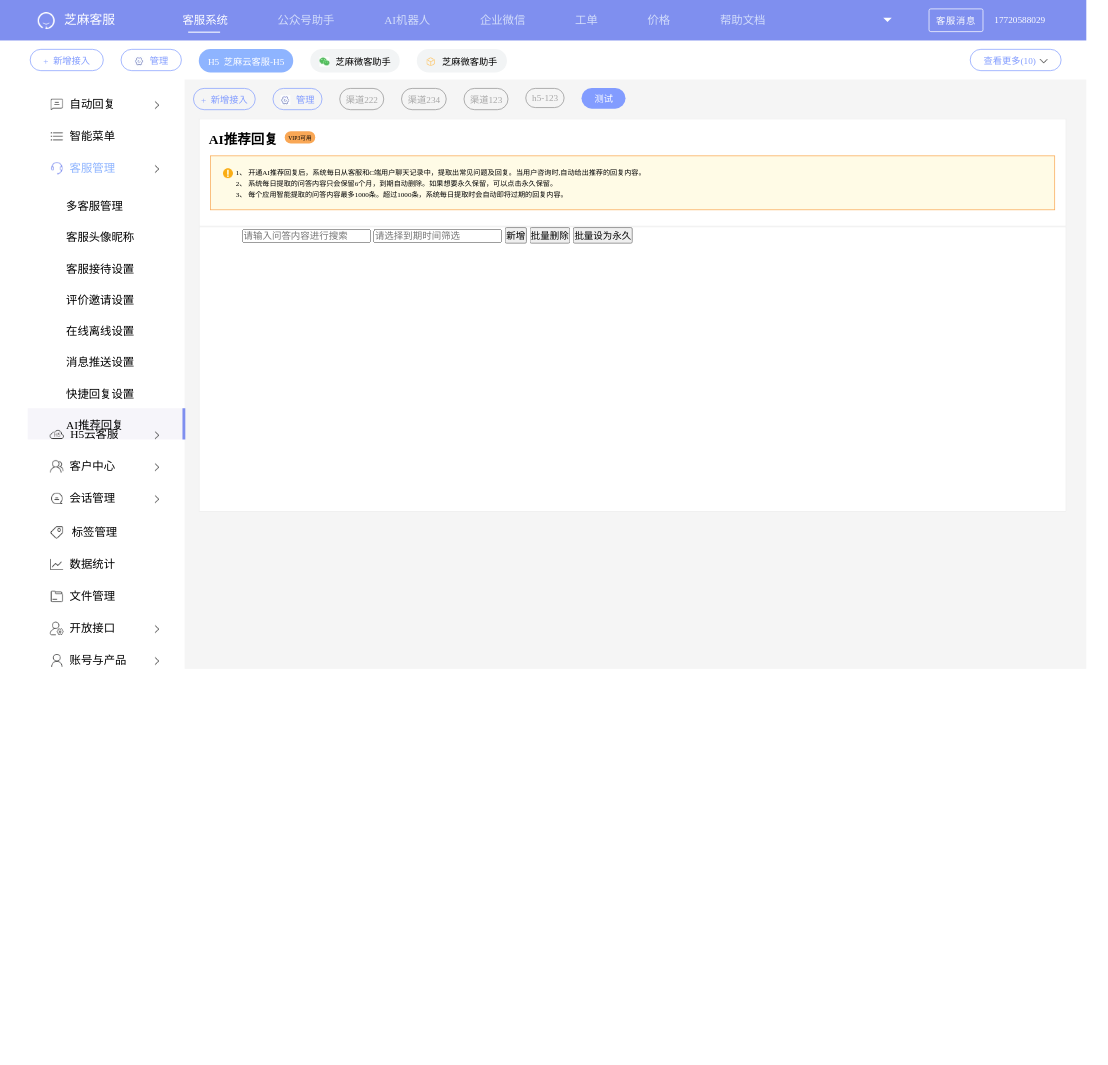
Repository: Privatexiao/projects
Page: Customer service assistant/Untitled-1.html
The author's editor kept a copy of each file at every save. The page is drawn from the files as they stood at one save, then again after a run of saves.
The browser window is 1280 px wide. The page is 1560 px wide, so the pictures cover 1560 px, including what lies to the right of the window. The pictures show the whole page, at 71% of full size.

Above is the page before, as saved 2021-07-27 16:37:04.

### Customer service assistant/Untitled-1.html
<!DOCTYPE html>
<html lang="en">
    <head>
        <meta charset="UTF-8">
        <meta name="viewport" content="width=device-width, initial-scale=1.0, maximum-scale=1.0, user-scalable=0">
        <meta http-equiv="X-UA-Compatible" content="ie=edge">
        <title>Document</title>
        <link rel="stylesheet" type="text/css" href="Untitled-2.css" />
    </head>

    <body>
        <div class="body">
            <div class="head">
                <div class="head_left">
                    <img src="img/客服系统.png">
                    <span><a href="javaScript:">芝麻客服</a></span>
                </div>
                <div class="head_center">
                    <ul>
                        <li class="active"><a href="javaScript:">客服系统</a><img src="img/下划线.png"></li>
                        <li><a href="javaScript:">公众号助手</a></li>
                        <li><a href="javaScript:">AI机器人</a></li>
                        <li><a href="javaScript:">企业微信</a></li>
                        <li><a href="javaScript:">工单</a></li>
                        <li><a href="javaScript:">价格</a></li>
                        <li><a href="javaScript:">帮助文档</a></li>
                    </ul>
                </div>
                <div class="head_right">
                    <span>17720588029<div class="head_right_sjx"></div></span>
                    <span><a href="javaScript:">客服消息</a></span>
                </div>
            </div>
            <div class="navbar">
                <ul>
                    <li class="navbar_img1"><a href="javaStript:">+&nbsp;&nbsp;新增接入</a></li>
                    <li class="navbar_img1"><a href="javaStript:"><img src="img/设置.PNG">管理</a></li>
                    <li class="navbar_img2"><a href="javaStript:">H5&nbsp;&nbsp;芝麻云客服-H5</a></li>
                    <li class="navbar_img3"><a href="javaStript:"><img src="img/微信.PNG">芝麻微客助手</a></li>
                    <li class="navbar_img3"><a href="javaStript:"><img src="img/plugin_app_icon.png">芝麻微客助手</a></li>
                    <li class="navbar_right"><a href="javaStript:">查看更多(10)<img src="img/侧边栏图标/Pull down.png"></a></li>
                </ul>
            </div>
            <div class="left_body">
                <ul>
                    <li><img class="left_body_imgleft" src="img/侧边栏图标/icon-1.png">自动回复<img class="left_body_imgright" src="img/侧边栏图标/Put It away.png"></li>
                    <li><img class="left_body_imgleft" src="img/侧边栏图标/icon-2.png">智能菜单</li>
                    <li style="color: #8eb4ff;"><img class="left_body_imgleft" src="img/侧边栏图标/icon-3-active.png">客服管理<img class="left_body_imgright" src="img/侧边栏图标/Put It away.png"></li>
                    <div class="left_body_show">
                        <ul>
                            <li>多客服管理</li>
                            <li>客服头像昵称</li>
                            <li>客服接待设置</li>
                            <li>评价邀请设置</li>
                            <li>在线离线设置</li>
                            <li>消息推送设置</li>
                            <li>快捷回复设置</li>
                            <li style=" background-color: #f6f5fa;
                            border-right: 4px solid#7f8fef;">AI推荐回复</li>
                        </ul>
                    </div>
                    <li><img class="left_body_imgleft" src="img/侧边栏图标/icon-4.png">H5云客服<img class="left_body_imgright" src="img/侧边栏图标/Put It away.png"></li>
                    <li><img class="left_body_imgleft" src="img/侧边栏图标/icon-5.png">客户中心<img class="left_body_imgright" src="img/侧边栏图标/Put It away.png"></li>
                    <li><img class="left_body_imgleft" src="img/侧边栏图标/icon-12.png">会话管理<img class="left_body_imgright" src="img/侧边栏图标/Put It away.png"></li>
                    <li><img class="left_body_imgleft" src="img/侧边栏图标/icon-6.png">标签管理</li>
                    <li><img class="left_body_imgleft" src="img/侧边栏图标/icon-7.png">数据统计</li>
                    <li><img class="left_body_imgleft" src="img/侧边栏图标/icon-8.png">文件管理</li>
                    <li><img class="left_body_imgleft" src="img/侧边栏图标/icon-9.png">开放接口<img class="left_body_imgright" src="img/侧边栏图标/Put It away.png"></li>
                    <li><img class="left_body_imgleft" src="img/侧边栏图标/icon-10.png">账号与产品<img class="left_body_imgright" src="img/侧边栏图标/Put It away.png"></li>

                </ul>
            </div>
            <div class="right_body">
                <div class="right_body_ztl">
                    <ul>
                        <li class="right_body_ztlimg"><a href="javaStript:">+&nbsp;&nbsp;新增接入</a></li>
                        <li class="right_body_ztlimg"><a href="javaStript:"><img src="img/设置.PNG">管理</a></li>
                        <li class="right_body_ztlimg1"><a href="javaStript:">渠道222</a></li>
                        <li class="right_body_ztlimg1"><a href="javaStript:">渠道234</a></li>
                        <li class="right_body_ztlimg1"><a href="javaStript:">渠道123</a></li>
                        <li class="right_body_ztlimg1"><a href="javaStript:">h5-123</a></li>
                        <li class="right_body_ztlimg2"><a href="javaStript:">测试</a></li>
                    </ul>
                </div>
                <div class="right_body_AI">
                    <div class="right_body_AIbt">
                        <p>AI推荐回复</p><span>VIP3可用</span>
                    </div>
                    <div class="right_body_AInr">
                        <img src="img/提示感叹号.png">
                        <p>1、 开通AI推荐回复后，系统每日从客服和C端用户聊天记录中，提取出常见问题及回复。当用户咨询时,自动给出推荐的回复内容。</p>
                        <p>2、 系统每日提取的问答内容只会保留6个月，到期自动删除。如果想要永久保留，可以点击永久保留。</p>
                        <p>3、 每个应用智能提取的问答内容最多1000条。超过1000条，系统每日提取时会自动即将过期的回复内容。</p>
                    </div>
                </div>

                <div class="right_body_body">
                    <div class="temporary">
                        <a href="javaStript:"><p></p>临时问答</a></p><span><a href="javaSctipt:">永久问答</a></span>
                    </div>
                    <div class="temporary_warning">
                        <p></p>
                    </div>
                    <div class="btn">
                        <input type="text" name="" placeholder="请输入问答内容进行搜索">
                        <input type="datetime" name="" placeholder="请选择到期时间筛选">
                        <button type="button" name="" value="新增">新增</button>
                        <button type="button" name="" value="批量删除">批量删除</button>
                        <button type="button" name="" value="批量设为永久">批量设为永久</button>
                    </div>
                </div>
            </div>

        </div>
    </body>

</html>

### Customer service assistant/Untitled-2.css
/* 全局配置 */
a{
    color: rgb(34, 34, 34);
    text-decoration: none;
}
ul,ol{
    list-style: none;
}
em{
    font-style: normal;
}
*{
    margin: 0;
    padding: 0;
}
.body{
    min-width: 1530px;
    width: 1530px;
    height: 1500px;
}

/* 状态栏 */
.body .head{
    width: 100%;
    height: 57px;
    background-color: #7f8fef;
}
/* 芝麻客服 */
.head .head_left a{
    margin-right: 60px;
    line-height: 57px;
    font-size: 18px;
    float: left;
    color: white;
}
/* 芝麻客服图片 */
.head .head_left img{
    position: relative;
    top: 14px;
    left: -10px;
    float: left;
    margin-left:60px;

}
/* 客服系统 */
.head .head_center .active a{
    color: white;
}
/* 客服系统下划线 */
.head .head_center .active img{
    position: absolute;
    width: 45px;
    top: 22px;
    left: 265px;
}
/* 客服系统状态栏 */
.head .head_center a{
    color: #d2dcfa;
    font-size: 16px;
    float: left;
    line-height: 57px;
    margin: 0 35px;
}
.head .head_right{
    margin-right: 50px;
}

/* 账号数字 */
.head .head_right span,a{
    font-size: 15px;
    float: right;
    font-size: 13px;
    line-height: 57px;
    color: white;
    margin-right: 8px;
}

/* 客服消息 */
.head .head_right span a{
    letter-spacing: 1px;
    line-height: normal;
    font-size: 13px;
    margin-top: 12px;
    padding: 6px 9px;
    border-radius: 3px;
    border: 1px solid white;
}
/* 账号右边三角形 */
.head .head_right span .head_right_sjx{
    position:absolute;
    top: 25px;
    right: 24px;
    border: 6px solid transparent;
    border-bottom: none;
    border-top-color: rgb(255, 255, 255);
}
.head a:hover{
    color: white;
}

/* 二级状态栏 */
.navbar{
    height: 55px;
    width: 100%;
    float: left;
    margin-left: 30px;
}

.navbar ul a{
    line-height: normal;
    color: black;
    float: left;
    margin: 12px;
    border-radius: 30px;
}
.navbar ul .navbar_img1 a{
    padding: 5px 18px;
    color: #829cff;
    border: 1px solid #829cff;
}
.navbar ul .navbar_img2 a{
    padding: 7px 13px;
    background-color: #8eb4ff;
    color: white;
}
.navbar ul .navbar_img3 a{
    padding: 7px 13px;
    color: black;
    background-color: #f2f4f5;
}
.navbar ul .navbar_img1 img,.navbar_img3 img{
    width: 14px;
    height: 14px;
    position: relative;
    top: 3px;
    margin-right: 8px;
}
.navbar ul .navbar_right a{
    margin-right: 65px;
    float: right;
    padding: 5px 18px;
    color: #829cff;
    border: 1px solid #829cff;
}
.navbar ul .navbar_right img{
    margin-left: 5px;
}


/* 左边竖目录 */
.left_body{
    float: left;
    width: 175px;
    height: 1080px;
    background-color: #ffffff;
    position: relative;
}
.left_body ul li{
    margin: 20px 0;
    text-align: left;
    position: relative;
    left: 70px;
}
.left_body ul li .left_body_imgleft{
    position: relative;
    top: 5px;
    margin-right: 8px;
}
.left_body ul li .left_body_imgright{
    position: absolute;
    right: 20px;
    margin-top: 10px;
}
.left_body ul li:hover{
    color: #7f8fef;
    cursor: pointer;
}

.left_body .left_body_show{
    height: 310px;
}
.left_body .left_body_show li{
    margin: 0;
    padding: 10px 54px;
    position: relative;
    left: 39px;
    width: 110px;
}

.left_body .left_body_show li:hover{
    background-color: #f6f5fa;
    border-right: 4px solid#7f8fef;
}


/* 右边主体第一个标题栏 */
.body .right_body{
    height: 830px;
    width: 1270px;
    float: left;
    margin-left: 85px;
    background-color: #f5f5f5;
}
.right_body .right_body_ztl ul a{
    line-height: normal;
    color: black;
    float: left;
    margin: 12px;
    border-radius: 30px;
}
.right_body .right_body_ztl ul .right_body_ztlimg a{
    padding: 5px 10px;
    color: #829cff;
    border: 1px solid #829cff;
}
.right_body .right_body_ztl ul .right_body_ztlimg1 a{
    padding: 5px 8px;
    color: #a7a7a7;
    border: 1px solid #8f8f8f;
}
.right_body .right_body_ztl ul .right_body_ztlimg2 a{
    padding: 5px 18px;
    color: #ffffff;
    background-color: #829cff;
}
.right_body .right_body_ztl ul .right_body_ztlimg img{
    width: 14px;
    height: 14px;
    position: relative;
    top: 3px;
    margin-right: 8px;
}

/* AI推荐回复 */
.right_body .right_body_AI{
    height: 150px;
    width: 1220px;
    float: left;
    margin-left: 20px;
    background-color: #ffffff;
    position: relative;
    border: 1px solid#ebebeb;
}
.right_body .right_body_AI .right_body_AIbt{
    width: 200px;
    height: 50px;
    position: relative;
}
.right_body .right_body_AI .right_body_AIbt>p{
    font-weight: bold;
    color: black;
    float: left;
    font-size: 19px;
    padding: 5px;
    margin: 8px;
}
.right_body .right_body_AI .right_body_AIbt span{
    border-radius: 30px;
    background-color: #f9a755;
    padding: 3px 5px;
    float: left;
    font-size: 8px;
    position:absolute;
    top: 17px;
    left: 120px;
}
.right_body .right_body_AI .right_body_AInr img{
    position: absolute;
    top: 66px;
    left: 30px;
}
.right_body .right_body_AI .right_body_AInr{
    padding: 15px 35px;
    margin: 1px 15px;
    font-size: 10px;
    background-color: #fffbe6;
    border: 1px solid #f9a755;
}


/* 临时问答 */
.right_body_body{
    height: 400px;
    width: 1220px;
    float: left;
    margin-left: 20px;
    background-color: #ffffff;
    border: 1px solid#ebebeb;
}
.right_body_body .temporary{
    float: left;
}

After the next 3 saves:
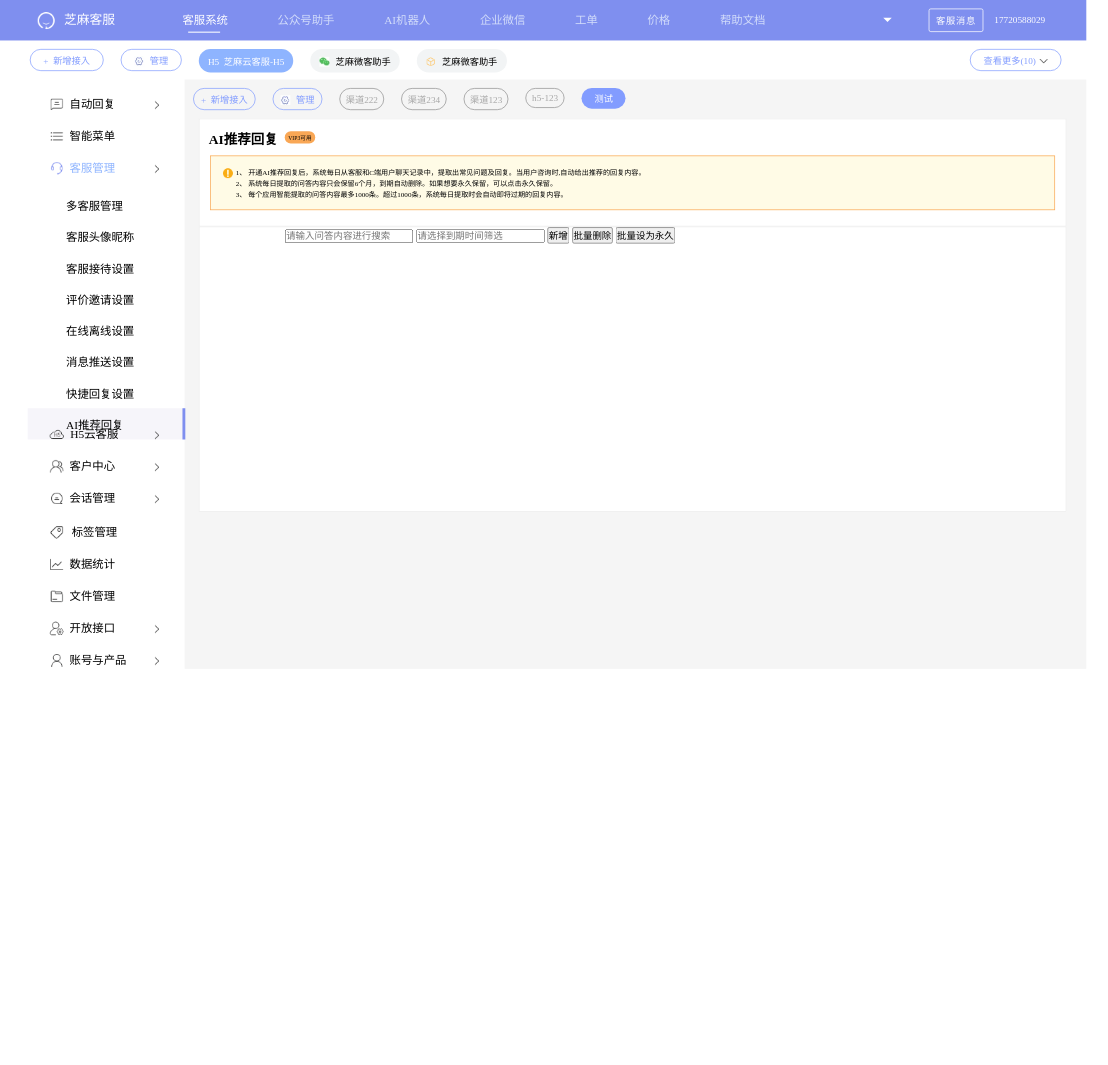
The 3 saves are shown as one change because they came seconds apart.
The last was saved 7 s later.
--- a/Customer service assistant/Untitled-1.html
+++ b/Customer service assistant/Untitled-1.html
@@ -96,7 +96,7 @@
 
                 <div class="right_body_body">
                     <div class="temporary">
-                        <a href="javaStript:"><p></p>临时问答</a></p><span><a href="javaSctipt:">永久问答</a></span>
+                        <a href="javaStript:"><p>临时问答</p></a><span><a href="javaSctipt:">永久问答</a></span>
                     </div>
                     <div class="temporary_warning">
                         <p></p>
